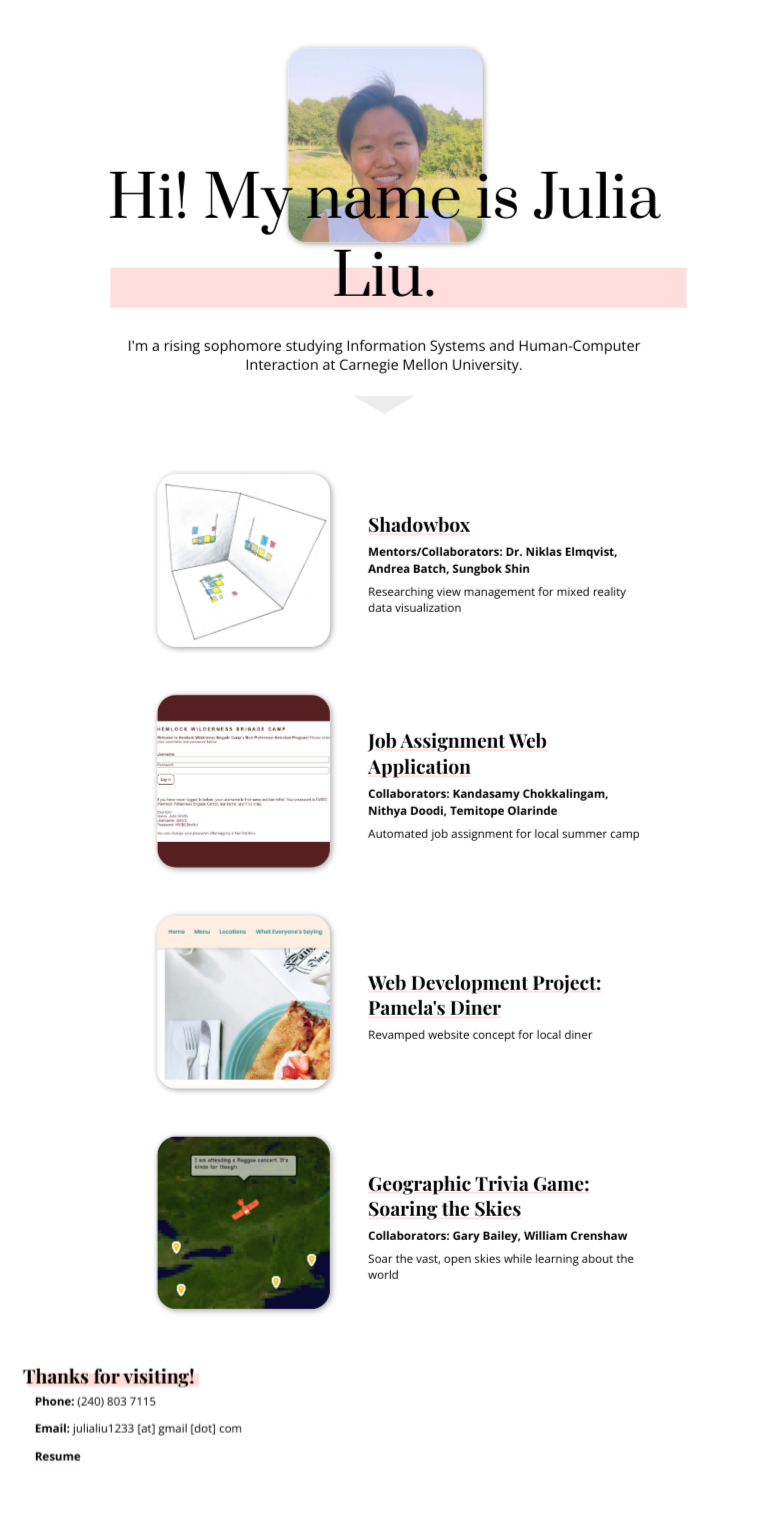
Repository: liu-julia/liu-julia.github.io
Page: index.html
The author's editor kept a copy of each file at every save. The page is drawn from the files as they stood at one save, then again after the next save.
The browser window is 1280 px wide. The pictures show the whole page, at 60% of full size.

Above is the page before, as saved 2022-05-20 10:56:34.

After the next save:
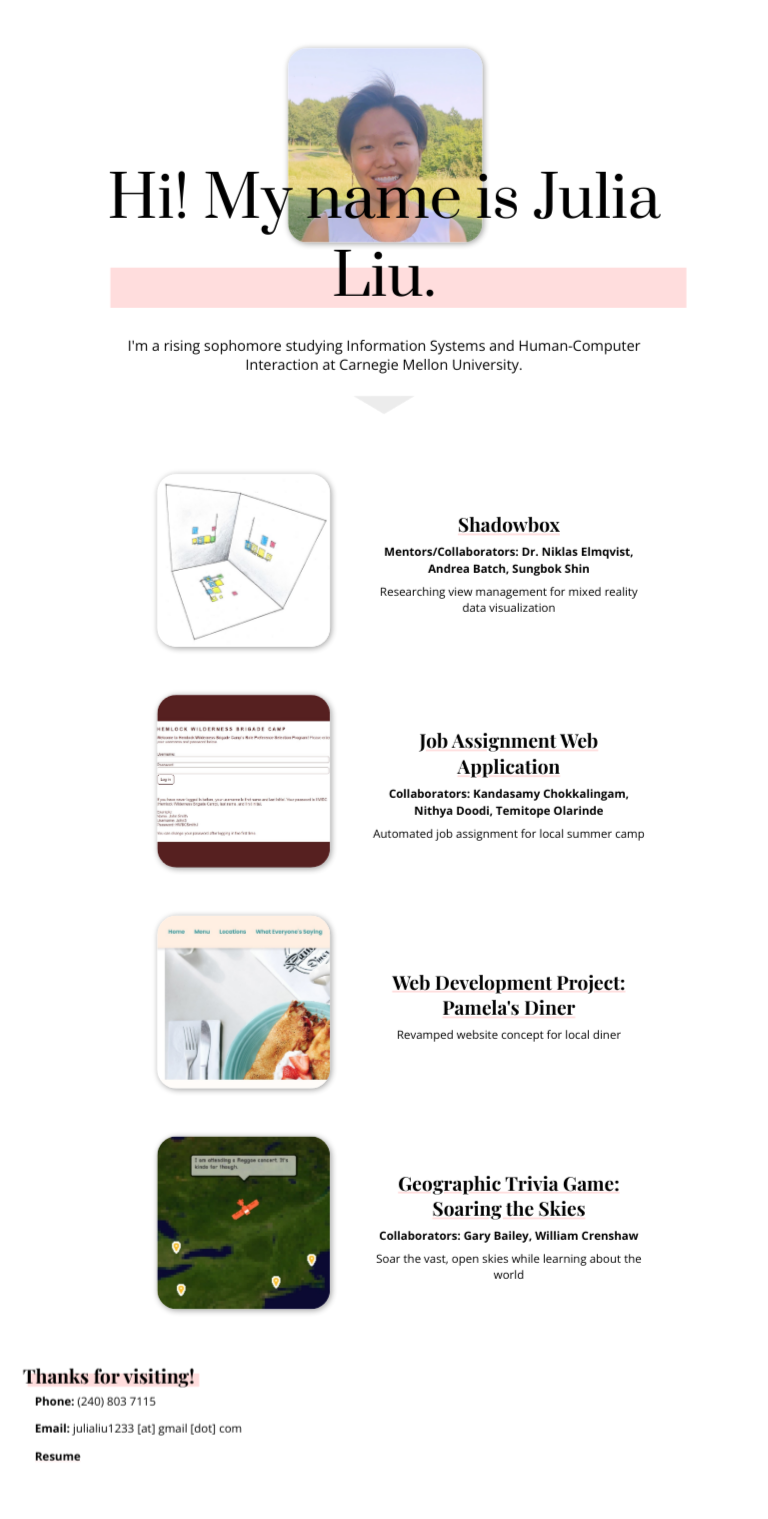
Saved 30 s later.
--- a/css/styles.css
+++ b/css/styles.css
@@ -218,6 +218,9 @@ body {
     box-shadow: 2px 2px 10px #00000066;
     border-radius: 2rem;
     margin: 4em;
+}
+.project-text {
+    text-align: center;
 }
 
 a img {

After the save that followed:
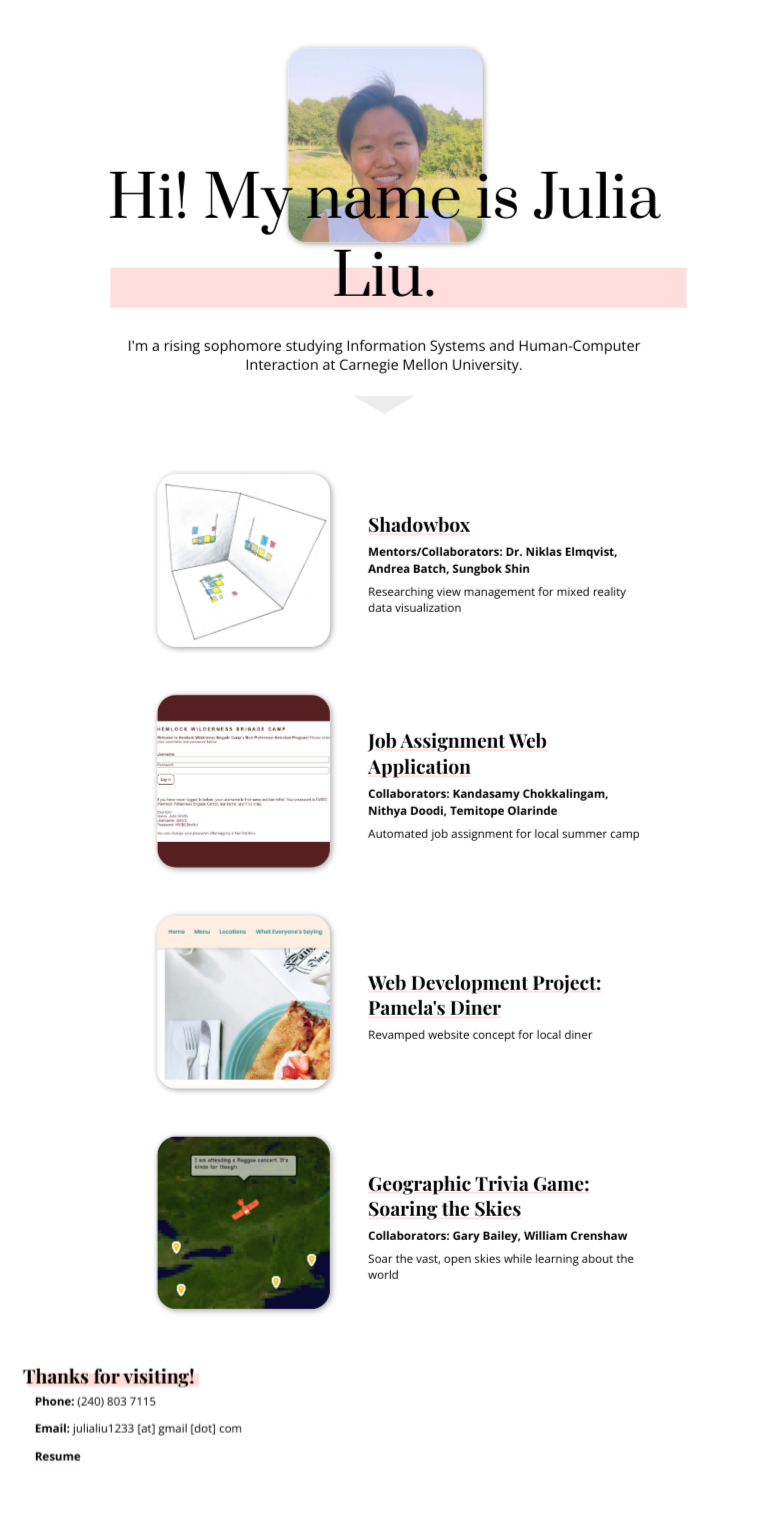
Saved 10 s later.
--- a/css/styles.css
+++ b/css/styles.css
@@ -218,9 +218,6 @@ body {
     box-shadow: 2px 2px 10px #00000066;
     border-radius: 2rem;
     margin: 4em;
-}
-.project-text {
-    text-align: center;
 }
 
 a img {
